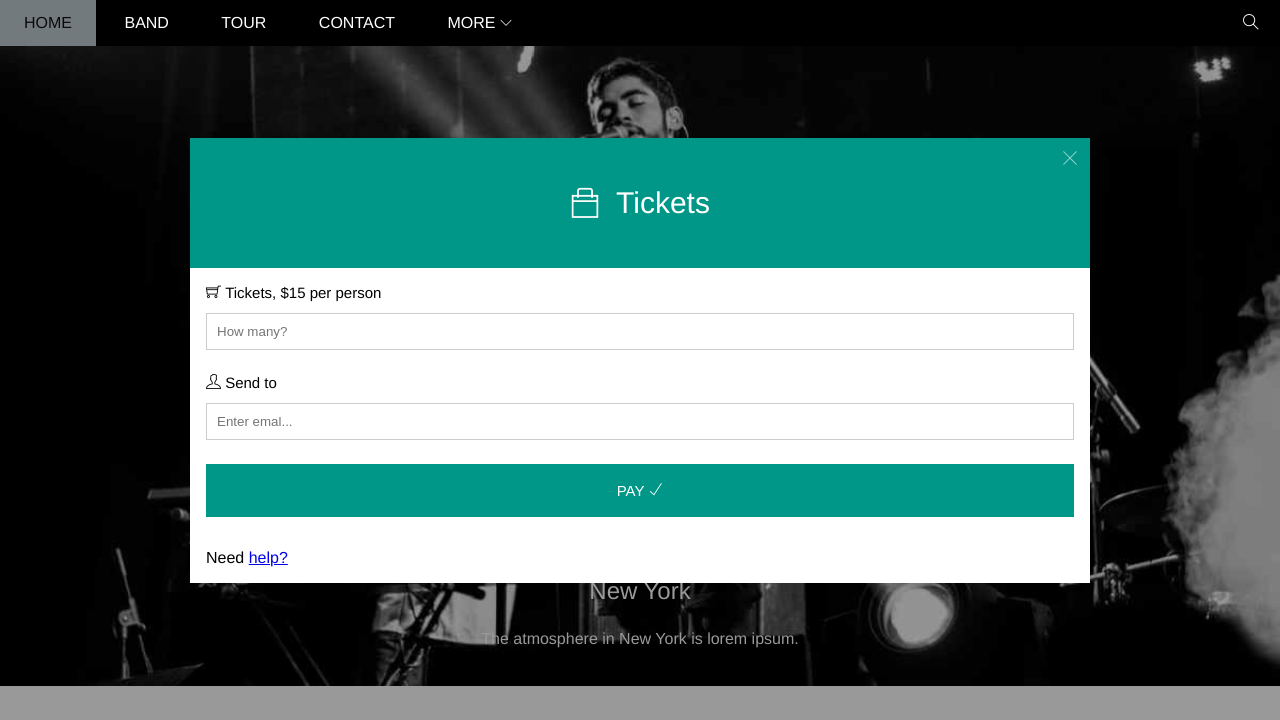
Repository: anhviet-key/hello-cac-ban
Page: HTMS_CSS ZERO 0/index.html
The author's editor kept a copy of each file at every save. The page is drawn from the files as they stood at one save, then again after a run of saves.
The browser window is 1280 px wide. The pictures show the window.
A layer covers the whole window, so only the first screen is drawn.

Above is the page before, as saved 2021-10-07 22:38:39.

### HTMS_CSS ZERO 0/index.html
<!DOCTYPE html>
<html lang="en">

<head>
    <meta charset="UTF-8">
    <meta http-equiv="X-UA-Compatible" content="IE=edge">
    <meta name="viewport" content="width=device-width, initial-scale=1.0">
    <title>Document</title>
    <link rel="stylesheet" href="./assets/css/style.css">
    <link rel="stylesheet" href="./assets/icon/themify-icons/themify-icons.css">
</head>

<body>
    <!--TODO: Let`s go-->
    <div id="main">
        <div id="header">
            <ul id="nav">
                <li>
                    <a href="#">Home</a>
                </li>
                <li>
                    <a href="#">Band</a>
                </li>
                <li>
                    <a href="#">Tour</a>
                </li>
                <li>
                    <a href="#">Contact</a>
                </li>
                <li>
                    <a href="#">
                        More
                        <i class="nav-down ti-angle-down"></i>
                    </a>
                    <ul class="subnav">
                        <li>
                            <a href="">Merchandise</a>
                        </li>
                        <li>
                            <a href="">Extras</a>
                        </li>
                        <li>
                            <a href="">Media</a>
                        </li>
                    </ul>
                </li>
            </ul>
            <div class="search-btn">
                <i class="search-icon ti-search"></i>
            </div>
        </div>
        <div id="slider">
            <div class="text-content">
                <h2 class="text-heading">New York</h2>
                <p class="text-decoration">The atmosphere in New York is lorem ipsum.</p>
            </div>
        </div>
        <div id="content">
            <!-- The band -->
            <div class="content-section">
                <h2 class="section-heading">THE BAND</h2>
                <p class="sub-heading">We love music</p>
                <p class="about-text">We have created a fictional band website. Lorem ipsum dolor sit amet, consectetur adipiscing elit, sed do eiusmod tempor incididunt ut labore et dolore magna aliqua. Ut enim ad minim veniam, quis nostrud exercitation ullamco laboris nisi
                    ut aliquip ex ea commodo consequat. Duis aute irure dolor in reprehenderit in voluptate velit esse cillum dolore eu fugiat nulla pariatur. Excepteur sint occaecat cupidatat non proident, sunt in culpa qui officia deserunt mollit anim
                    id est laborum consectetur adipiscing elit, sed do eiusmod tempor incididunt ut labore et dolore magna aliqua. Ut enim ad minim veniam, quis nostrud exercitation ullamco laboris nisi ut aliquip ex ea commodo consequat.</p>
                <div class="member-list">
                    <div class="member-item">
                        <p class="member-name">Name</p>
                        <img src="./assets/img/bandmember.jpg" alt="error" class="member-img">
                    </div>
                    <div class="member-item">
                        <p class="member-name">Name</p>
                        <img src="./assets/img/bandmember.jpg" alt="error" class="member-img">
                    </div>
                    <div class="member-item">
                        <p class="member-name">Name</p>
                        <img src="./assets/img/bandmember.jpg" alt="error" class="member-img">
                    </div>
                    <div class="clear"></div>
                </div>
            </div>
            <!-- Tour -->
            <div class="tour-section">
                <div class="content-section">
                    <h2 class="section-heading">TOUR DATES</h2>
                    <p class="sub-heading">Remember to book your tickets!</p>
                    <!-- Tickit  -->
                    <ul class="ticket-list">
                        <li>September <span class="Sold-out">Sold out</span></li>
                        <li>October <span class="Sold-out">Sold out</span></li>
                        <li>November <span class="quantity">3</span></li>
                    </ul>
                    <!-- Places   -->
                    <div class="place-list">
                        <div class="place-item">
                            <img src="./assets/img/Places/newyork.jpg" alt="newyork" class="place-img">
                            <div class="place-content">
                                <h3 class="place-heading">New York</h3>
                                <p class="place-time">Fri 27 Nov 2016</p>
                                <p class="place-desc">Praesent tincidunt sed tellus ut rutrum sed vitae justo.</p>
                                <a href="#" class="place-buy-btn">Buy Tickets</a>
                            </div>
                        </div>
                        <div class="place-item">
                            <img src="./assets/img/Places/paris.jpg" alt="paris" class="place-img">
                            <div class="place-content">
                                <h3 class="place-heading">Paris</h3>
                                <p class="place-time">Sat 28 Nov 2016</p>
                                <p class="place-desc">Praesent tincidunt sed tellus ut rutrum sed vitae justo.</p>
                                <a href="#" class="place-buy-btn">Buy Tickets</a>
                            </div>
                        </div>
                        <div class="place-item">
                            <img src="./assets/img/Places/sanfran.jpg" alt="sanfran" class="place-img">
                            <div class="place-content">
                                <h3 class="place-heading">San Francisco</h3>
                                <p class="place-time">Sun 29 Nov 2016</p>
                                <p class="place-desc">Praesent tincidunt sed tellus ut rutrum sed vitae justo.</p>
                                <a href="#" class="place-buy-btn">Buy Tickets</a>
                            </div>
                        </div>
                        <div class="clear"></div>
                    </div>

                </div>
            </div>
            <!-- Contact -->
            <div class="content-section">
                <h2 class="section-heading">CONTACT</h2>
                <p class="sub-heading">Fan? Drop a note!</p>
            </div>
        </div>
        <div id="footer">
            <div>

            </div>
        </div>

    </div>
    <div class="model">
        <div class="model-container">
            <div class="model-close">
                <i class="ti-close"></i>
            </div>
            <header class="model-header">
                <i class="ti-bag"></i> Tickets
            </header>
            <div class="model-body">
                <label for="tiket-number" class="model-label">
                    <i class="ti-shopping-cart"></i>
                    Tickets, $15 per person
                </label>
                <input id="tiket-number" class="model-input" placeholder="How many?"></input>

                <label for="tiket-email" class="model-label">
                    <i class="ti-user"></i>
                    Send to
                </label>
                <input id="tiket-email" class="model-input" placeholder="Enter emal..."></input>
                <button id="buy-tickets">
                    Pay
                    <i class="ti-check"></i>
                </button>
            </div>
            <footer class="model-footer">
                <p class="model-help">Need
                    <a href="#">help?</a>
                </p>
            </footer>
        </div>
    </div>
</body>

</html>

### HTMS_CSS ZERO 0/assets/css/style.css
* {
    margin: 0;
    padding: 0;
    box-sizing: border-box;
}

html {
    font-family: helvetica, arial, sans-serif;
}

.clear {
    clear: both;
}

#main {}

#header {
    height: 46px;
    background-color: black;
    position: sticky;
    top: 0;
    left: 0;
    right: 0;
    z-index: 1;
    /* fixed, width: 100%; */
}

#nav {
    display: inline-block;
}

#nav,
.subnav {
    list-style-type: none;
}

#nav>li {
    display: inline-block;
    position: relative;
}

#nav>li>a {
    color: #fff;
    text-transform: uppercase;
}

#nav li a {
    /* color: #fff; */
    text-decoration: none;
    line-height: 46px;
    padding: 0px 24px;
    display: block;
}

#nav>li:hover>a,
#nav .subnav li:hover a {
    color: rgb(12, 11, 11);
    background-color: rgb(115, 122, 126);
}

#nav .subnav {
    display: none;
    position: absolute;
    background-color: #fff;
    box-shadow: 0 0 10px rgba(0, 0, 0, 0.3);
    min-width: 160px;
}

#nav .subnav a {
    color: black;
    padding: 0px 12px;
    line-height: 38px;
}

#header .search-icon {
    color: #fff;
    /* font-size: 25px; */
}

#header .search-btn {
    line-height: 47px;
    float: right;
    padding: 0px 21px;
    cursor: pointer;
}

.search-btn:hover {
    background-color: #f44336;
}

#nav li:hover .subnav {
    display: block;
}

#nav .nav-down {
    font-size: 12px;
}

#slider {
    position: relative;
    padding-top: 50%;
    background: url('/assets/img/slider/chicago.jpg') top center /cover no-repeat;
}

#slider .text-content {
    position: absolute;
    bottom: 38px;
    color: #fff;
    width: 100%;
    text-align: center;
}

#slider .text-heading {
    font-weight: 400;
    font-size: 24px;
}

#slider .text-decoration {
    margin-top: 25px;
}

#content {
    height: 1000px;
    background-color: white;
}

#content .content-section {
    width: 800px;
    margin-left: auto;
    margin-right: auto;
    padding: 64px 0px;
}

#content .section-heading {
    font-weight: 500;
    font-size: 30px;
    text-align: center;
    letter-spacing: 5px;
}

#content .sub-heading {
    font-size: 15px;
    text-align: center;
    margin-top: 25px;
    font-style: italic;
    opacity: 0.6;
}

#content .about-text {
    margin-top: 25px;
    text-align: justify;
    line-height: 1.4;
}

#content .member-list {
    padding: 48px 0px;
}

#content .member-item {
    float: left;
    width: calc(100%/3);
    text-align: center;
}

#content .member-name {
    font-size: 15px;
}

#content .member-img {
    margin-top: 15px;
    width: 154px;
    border-radius: 4px;
}

.tour-section {
    background-color: black;
    color: white;
}

.ticket-list {
    background-color: white;
    color: gray;
    list-style-type: none;
    margin-top: 40px;
}

.ticket-list li {
    font-size: 15px;
    padding: 11px 16px;
    border-bottom: 1px solid #ddd;
}

.ticket-list .Sold-out {
    background-color: #f44336;
    color: white;
    padding: 3px 4px;
    margin-left: 16px;
}

.ticket-list .quantity {
    float: right;
    background-color: black;
    width: 24px;
    height: 24px;
    border-radius: 50%;
    color: white;
    text-align: center;
    line-height: 24px;
    margin-top: -2px;
}

.place-list {
    margin: 32px -8px 48px;
}

.place-item {
    /* padding: 0px 16px; */
    float: left;
    width: calc(100%/3);
    padding: 0px 8px;
}

.place-img:hover {
    opacity: 0.6;
}

.place-img {
    width: 100%;
    display: block;
}

.place-content {
    background-color: white;
    color: black;
    padding: 16px 16px 0px 16px;
    font-size: 15px;
}

.place-heading {
    font-weight: 500;
}

.place-time {
    margin: 15px 0px;
    color: #757575;
}

.place-desc {
    margin: 15px 0px;
    line-height: 1.4;
}

.place-buy-btn {
    padding: 10px 15px;
    background-color: rgb(0, 0, 0);
    text-decoration: none;
    color: #fff;
    display: inline-block;
    margin-bottom: 16px;
}

.place-buy-btn:hover {
    background-color: #ccc;
    color: black;
}

.model {
    position: fixed;
    left: 0;
    right: 0;
    top: 0;
    bottom: 0;
    background-color: rgba(0, 0, 0, 0.4);
    display: flex;
    align-items: center;
    justify-content: center;
}

.model-container {
    background-color: #fff;
    width: 900px;
    min-height: 200px;
    position: relative;
}

.ti-bag {
    margin-right: 16px;
}

.model-header {
    font-size: 30px;
    background-color: #009688;
    height: 130px;
    display: flex;
    align-items: center;
    justify-content: center;
    color: #fff;
}

.model-close {
    position: absolute;
    right: 0;
    top: 0;
    color: #fff;
    padding: 12px;
    cursor: pointer;
    opacity: 0.6;
}

.model-close:hover {
    opacity: 1;
}

.model-body {
    padding: 16px;
}

.model-label {
    font-size: 15px;
    display: block;
    margin-bottom: 12px;
}

.model-input {
    border: 1px solid #ccc;
    width: 100%;
    padding: 10px;
    margin-bottom: 24px;
}

#buy-tickets {
    background-color: #009688;
    border: none;
    width: 100%;
    font-size: 15px;
    text-transform: uppercase;
    padding: 18px;
    color: #fff;
    cursor: pointer;
}

#buy-tickets:hover {
    opacity: 0.9;
}

.model-footer {
    padding: 16px;
    text-align: r
}

# #footer

Loaded but not shown: HTMS_CSS ZERO 0/assets/icon/themify-icons/themify-icons.css (common file)

After the next 2 saves:
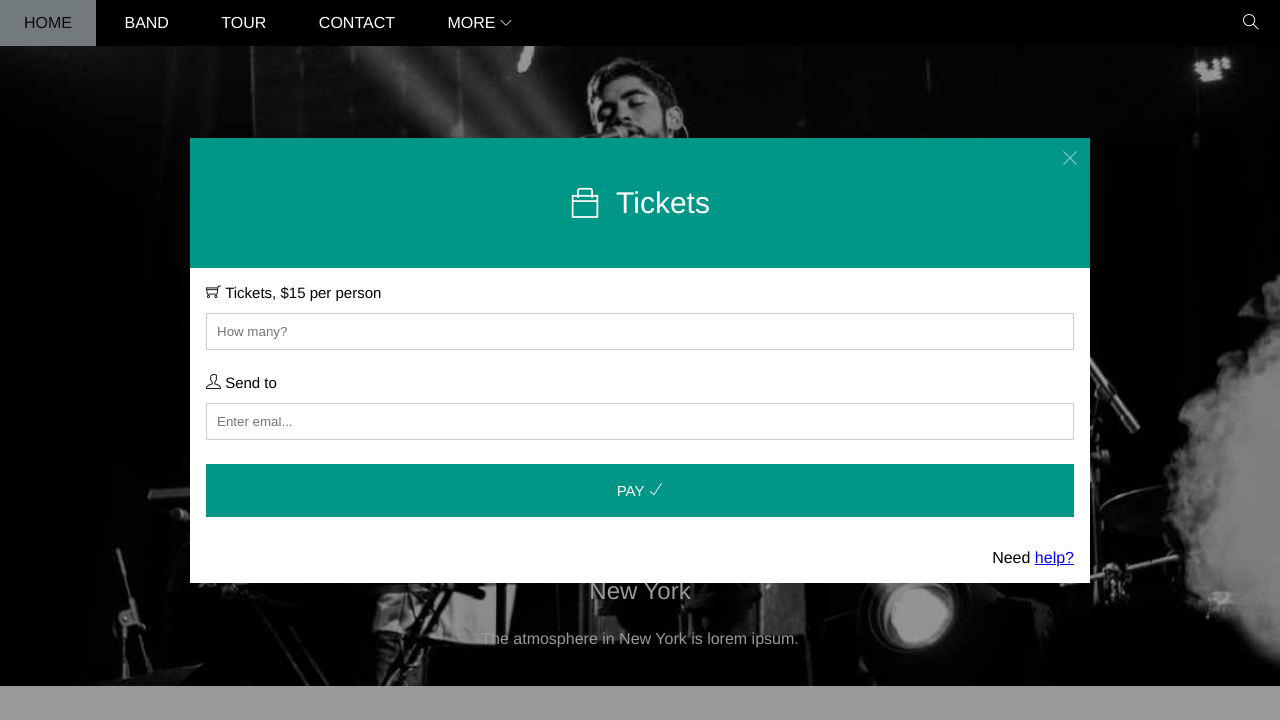
The 2 saves are shown as one change because they came seconds apart.
The last was saved 7 s later.
--- a/HTMS_CSS ZERO 0/assets/css/style.css
+++ b/HTMS_CSS ZERO 0/assets/css/style.css
@@ -345,7 +345,7 @@
 
 .model-footer {
     padding: 16px;
-    text-align: r
+    text-align: right;
 }
 
 # #footer
